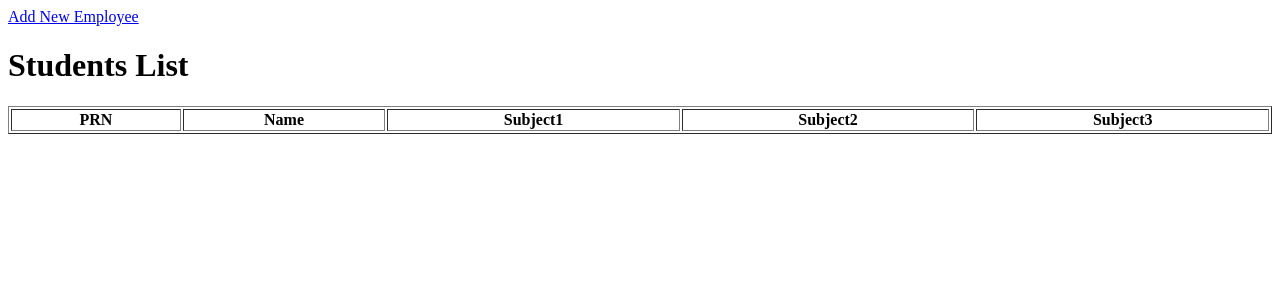
Repository: nikhil-jon12/lecture
Page: http://localhost/Assignment/ViewServlet
An editor plug-in stored every save of this project. The page is shown before and after the next save, followed by the edit.
The browser window is 1280 px wide. The pictures show the whole page.
The page is served by Tomcat 9. Queries for data that is not in the repository find no rows.

Above is the page before, as saved 2019-11-18 14:39:20.

After the next save:
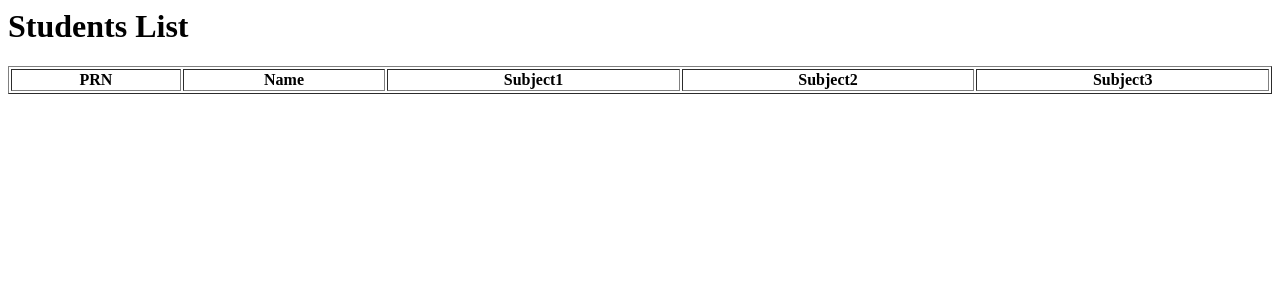
Saved 3 min 20 s later.
--- a/Assignment/src/ViewServlet.java
+++ b/Assignment/src/ViewServlet.java
@@ -32,7 +32,7 @@ public class ViewServlet extends HttpServlet {
 
 		response.setContentType("text/html");
         PrintWriter out=response.getWriter();
-        out.println("<a href='index.html'>Add New Employee</a>");
+        //out.println("<a href='index.html'>Add New Employee</a>");
         out.println("<h1>Students List</h1>");
 
         List<Student> list=StudentDao.getAllStudents();
